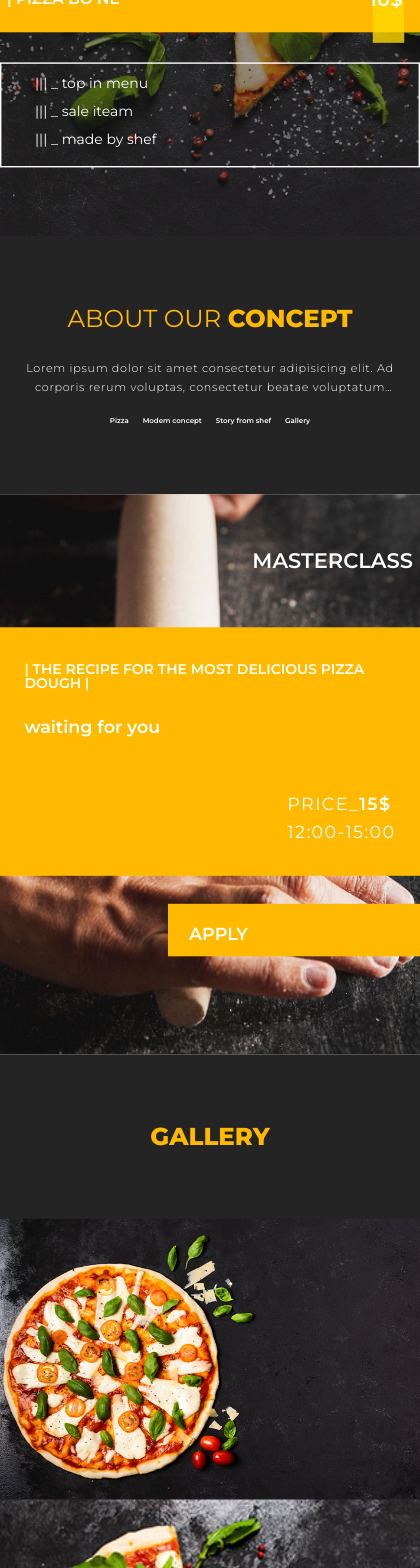
Repository: phu1204/pizzeria.github.io
Page: index.html
An editor plug-in stored every save of this project. The page is shown before and after a run of saves, followed by the edit.
The browser window is 600 px wide. The pictures show the part of the page from y = 2063 to 4303 px (the page is 6828 px tall), at 70% of full size.
The style sheet was rebuilt from its Sass, Less or Tailwind sources for each picture, by a compiler version that may differ from the author's.

Above is the page before, as saved 2021-07-30 10:54:20.

After the next 2 saves:
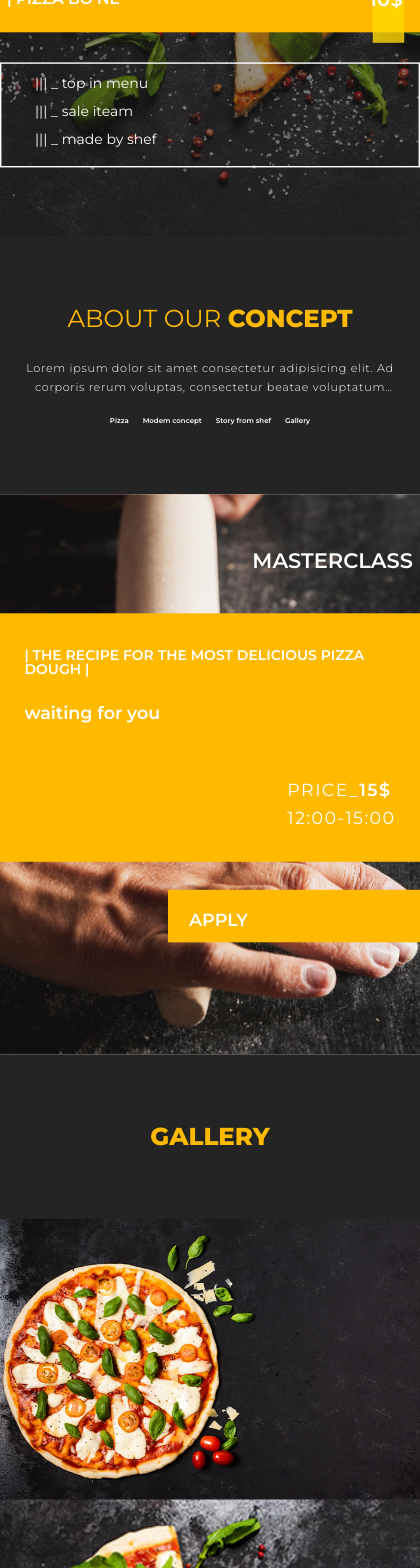
The 2 saves are shown as one change because they came seconds apart.
The last was saved 4 min 32 s later.
--- a/scss/_class.scss
+++ b/scss/_class.scss
@@ -79,6 +79,7 @@
         }
         &-name{
             padding-right: 10px;
+            margin-bottom: 60px;
         }
         &-heading{
             font-size: 20px;
